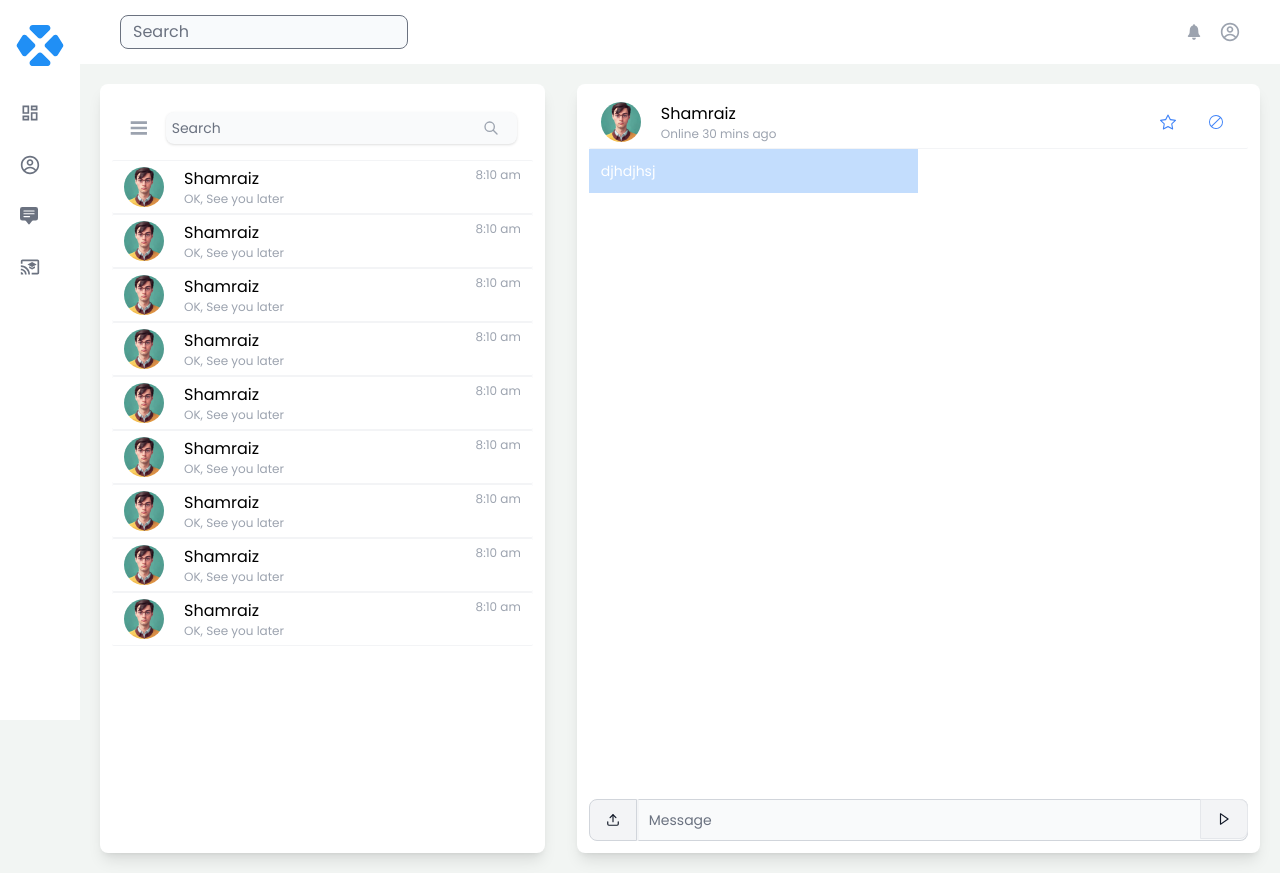
Repository: Shamraiz761/Frontend-Assessment
Page: /chat
The author's editor kept a copy of each file at every save. The page is drawn from the files as they stood at one save, then again after a run of saves.
The browser window is 1280 px wide. The pictures show the whole page.
The project was rebuilt for these pictures with package versions that can differ from the ones it lists, and the page was loaded fresh each time. Also part of the build but not shown: vite.config.js, src/routes/root.jsx, src/pages/orders/index.jsx, src/pages/submission/index.jsx, src/pages/admin/index.css, src/components/admin/card.jsx, src/components/admin/addCard.jsx, src/pages/admin/index.jsx and 3 more. Imported but missing from the stored project, and not drawn on this page: src/pages/auth/login, src/pages/tasks, src/routes/profileLayout.

Above is the page before, as saved 2023-06-16 11:49:58.

After the next 3 saves:
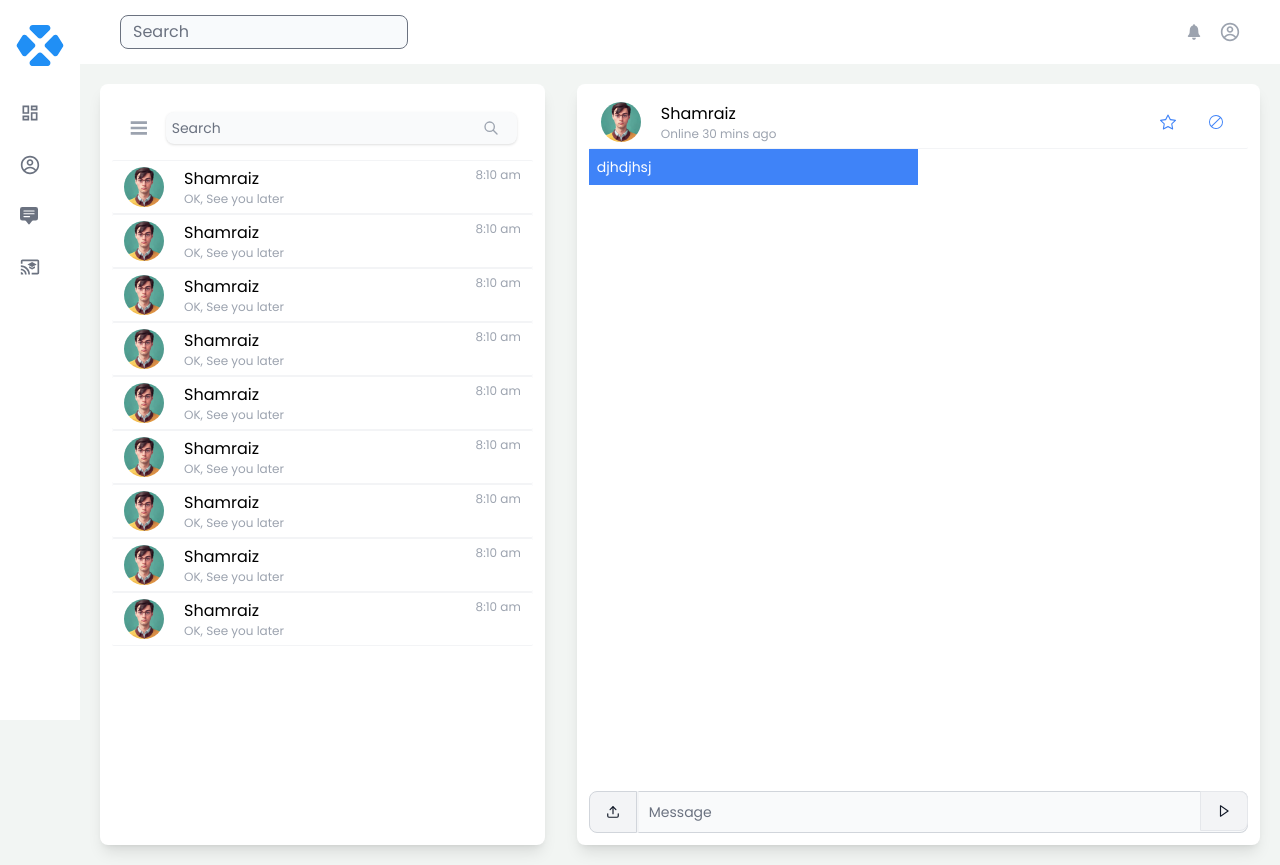
The 3 saves are shown as one change because they came seconds apart.
The last was saved 12 s later.
--- a/src/components/chat/userChat.jsx
+++ b/src/components/chat/userChat.jsx
@@ -28,7 +28,7 @@ function UserChat() {
         </div>
       </div>
       <div className="chats ">
-        <p className="text-sm bg-blue-200 p-3 text-white flex flex-col  justify-end w-1/2">
+        <p className="text-sm bg-blue-500 p-2 text-white flex flex-col  justify-end w-1/2">
           djhdjhsj
         </p>
       </div>
